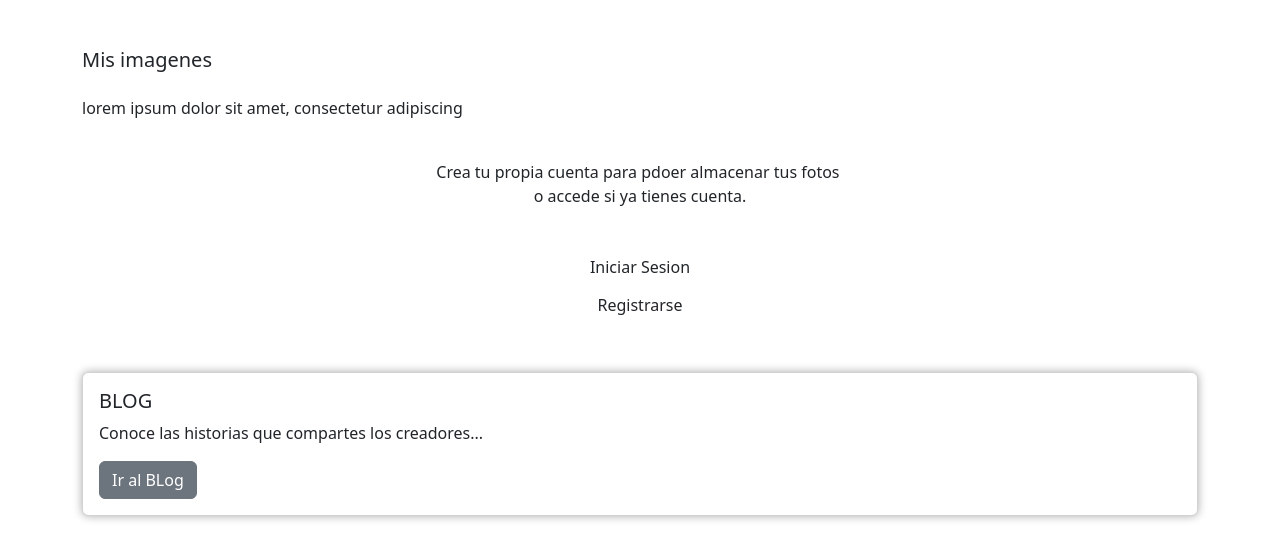
Repository: Davic1o/Fiebaseapp
Page: /
The author's editor kept a copy of each file at every save. The page is drawn from the files as they stood at one save, then again after the next save.
The browser window is 1280 px wide. The pictures show the whole page.
The project was rebuilt for these pictures with package versions that can differ from the ones it lists, and the page was loaded fresh each time. The framework's server and built-in components were replaced by stand-ins that run in the browser. Also part of the build but not shown: next.config.js.

Above is the page before, as saved 2022-07-28 12:42:44.

### pages/index.js
import Head from 'next/head'
import 'bootstrap/dist/css/bootstrap.min.css';
import { Container, Button, Card, CardTitle, CardText } from 'reactstrap';
import Link from 'next/link'
import React, { useState, useEffect } from 'react'



export default function Home() {

  const HeadData = () => {
    return <Head>
      <title>Home</title>
      <meta name='viewport' content='initial-scale=1.0, width=device-width' />
      <meta name='description' content='Homepage' />
      <meta name='keywords' content='Homepage' />
      <link rel='icon' href='/favicon.ico' />
    </Head>
  }

  return <>
    <HeadData />
    <Container>
      <br />
      <br />
      <CardTitle tag='h5'>
        Mis imagenes
      </CardTitle>
      <br />
      <p>
        lorem ipsum dolor sit amet, consectetur adipiscing
      </p>
      <br />

      <CardText style={{ textAlign: 'center', whiteSpace: 'pre-wrap' }}>
        {`Crea tu propia cuenta para pdoer almacenar tus fotos \no accede si ya tienes cuenta.`}
      </CardText>
      <br />

      <div style={{ textAlign: 'center' }}>
        <Link href="/user_app/?loginType=login">
          <div style={{ display: 'inline-block' }}>
            <Button color='prymary' outline>
              Iniciar Sesion
            </Button>

          </div>
        </Link>
      </div>
      <div style={{ textAlign: 'center' }}>
        <Link href="/user_app/?loginType=registrer">
          <div style={{ display: 'inline-block' }}>
            <Button color='prymary' outline>
              Registrarse
            </Button>
          </div>
        </Link>
      </div>
      <br />
      <br />

      <Card body style={{ boxShadow: '0px 0px 10px 0px #00000055'}}>
      <CardTitle tag='h5'>
        BLOG
      </CardTitle>
      <CardText>
        Conoce las historias que compartes los creadores...
      </CardText>
      <Link href='/blog'>
        <div>
          <Button>
            Ir al BLog
          </Button>
        </div>
      </Link>
      </Card>
    </Container>

  </>
}

Loaded but not shown: pages/_app.js (common file); styles/globals.css (common file)

After the next save:
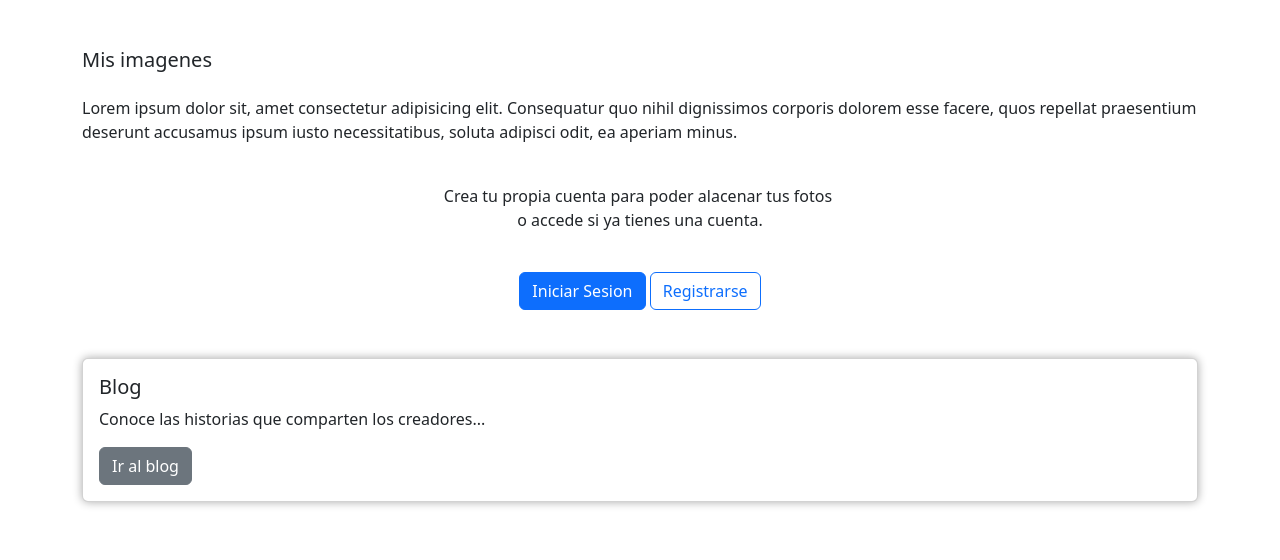
Saved 2 min 59 s later.
--- a/pages/index.js
+++ b/pages/index.js
@@ -1,80 +1,89 @@
 import Head from 'next/head'
+import Link from 'next/link'
+import React, {useState, useEffect} from 'react'
+
+
 import 'bootstrap/dist/css/bootstrap.min.css';
-import { Container, Button, Card, CardTitle, CardText } from 'reactstrap';
-import Link from 'next/link'
-import React, { useState, useEffect } from 'react'
-
+import { Container, Button, Card, CardTitle, CardText  } from 'reactstrap';
 
 
 export default function Home() {
 
-  const HeadData = () => {
-    return <Head>
-      <title>Home</title>
-      <meta name='viewport' content='initial-scale=1.0, width=device-width' />
-      <meta name='description' content='Homepage' />
-      <meta name='keywords' content='Homepage' />
-      <link rel='icon' href='/favicon.ico' />
-    </Head>
-  }
+    const HeadData = () => {
 
-  return <>
-    <HeadData />
-    <Container>
-      <br />
-      <br />
-      <CardTitle tag='h5'>
-        Mis imagenes
-      </CardTitle>
-      <br />
-      <p>
-        lorem ipsum dolor sit amet, consectetur adipiscing
-      </p>
-      <br />
+        return <Head>
+            <title>Home</title>
+            <meta name="viewport" content="initial-scale=1.0, width=device-width" />
+            <meta name="description" content="Homepage" />
+            <meta name="keywords" content="Homepage" />
+            <link rel="icon" href="/favicon.ico" />
+        </Head>
 
-      <CardText style={{ textAlign: 'center', whiteSpace: 'pre-wrap' }}>
-        {`Crea tu propia cuenta para pdoer almacenar tus fotos \no accede si ya tienes cuenta.`}
-      </CardText>
-      <br />
+    }
 
-      <div style={{ textAlign: 'center' }}>
-        <Link href="/user_app/?loginType=login">
-          <div style={{ display: 'inline-block' }}>
-            <Button color='prymary' outline>
-              Iniciar Sesion
-            </Button>
 
-          </div>
-        </Link>
-      </div>
-      <div style={{ textAlign: 'center' }}>
-        <Link href="/user_app/?loginType=registrer">
-          <div style={{ display: 'inline-block' }}>
-            <Button color='prymary' outline>
-              Registrarse
-            </Button>
-          </div>
-        </Link>
-      </div>
-      <br />
-      <br />
+    return <>
+        <HeadData />
 
-      <Card body style={{ boxShadow: '0px 0px 10px 0px #00000055'}}>
-      <CardTitle tag='h5'>
-        BLOG
-      </CardTitle>
-      <CardText>
-        Conoce las historias que compartes los creadores...
-      </CardText>
-      <Link href='/blog'>
-        <div>
-          <Button>
-            Ir al BLog
-          </Button>
-        </div>
-      </Link>
-      </Card>
-    </Container>
 
-  </>
+        <Container>
+            <br />
+            <br />
+            <CardTitle tag="h5">
+                Mis imagenes
+            </CardTitle>
+
+            <br />
+            <p>
+                Lorem ipsum dolor sit, amet consectetur adipisicing elit. Consequatur quo nihil dignissimos corporis dolorem esse facere, quos repellat praesentium deserunt accusamus ipsum iusto necessitatibus, soluta adipisci odit, ea aperiam minus.
+            </p>
+            <br />
+
+            <CardText style={{ textAlign: 'center', whiteSpace: 'pre-wrap' }}>
+                {`Crea tu propia cuenta para poder alacenar tus fotos \no accede si ya tienes una cuenta.`}
+            </CardText>
+            <br />
+
+            <div style={{ textAlign: 'center' }}>
+                <Link href="/user_app/?loginType=login">
+                    <div style={{display: 'inline-block'}}>
+                        <Button color="primary">
+                        Iniciar Sesion
+                        </Button>
+                    </div>
+                </Link>
+                {' '}
+                <Link href="/user_app/?loginType=registrer">
+                    <div style={{display: 'inline-block'}}>
+                        <Button color="primary" outline>
+                            Registrarse
+                        </Button>
+                    </div>
+                </Link>
+            </div>
+
+            <br />
+            <br />
+
+            <Card body style={{ boxShadow: '0px 0px 10px 0px #00000055' }} >
+                <CardTitle tag="h5">
+                    Blog
+                </CardTitle>
+                <CardText>
+                    Conoce las historias que comparten los creadores...
+                </CardText>
+                <Link href="/blog">
+                    <div>
+                        <Button>
+                            Ir al blog
+                        </Button>
+                    </div>
+                </Link>
+            </Card>
+
+        </Container>
+
+
+    </>
+
 }
